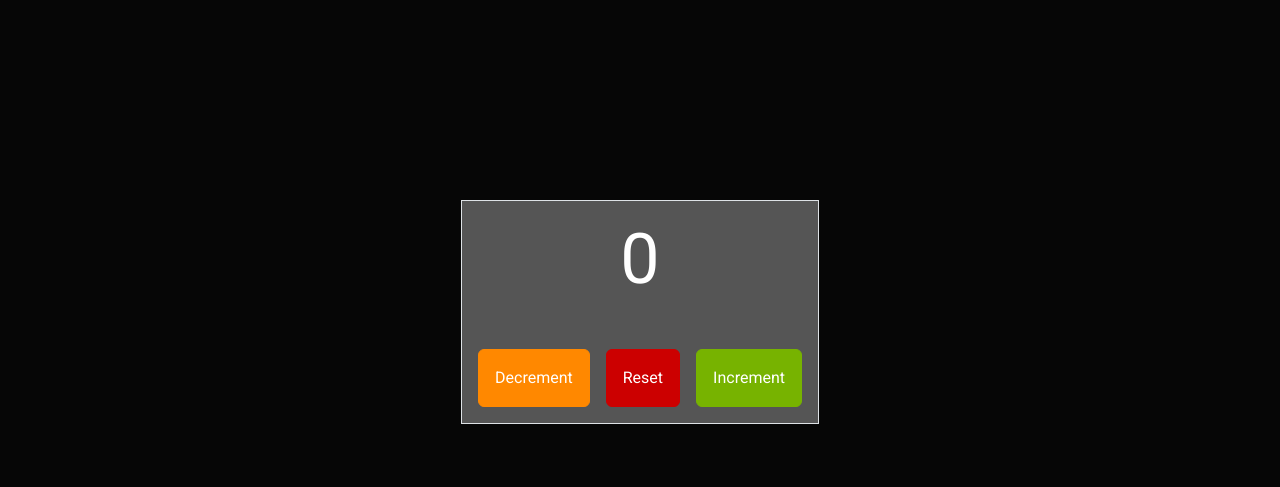
Repository: Afraz13/Emoboo
Page: /
These files come from the project's save history. The page is drawn as it stood at one moment and after the next save; the edit follows.
The browser window is 1280 px wide. The pictures show the whole page.
The project was rebuilt for these pictures with package versions that can differ from the ones it lists, and the page was loaded fresh each time.

Above is the page before, as saved 2024-08-15 13:07:05.

After the next save:
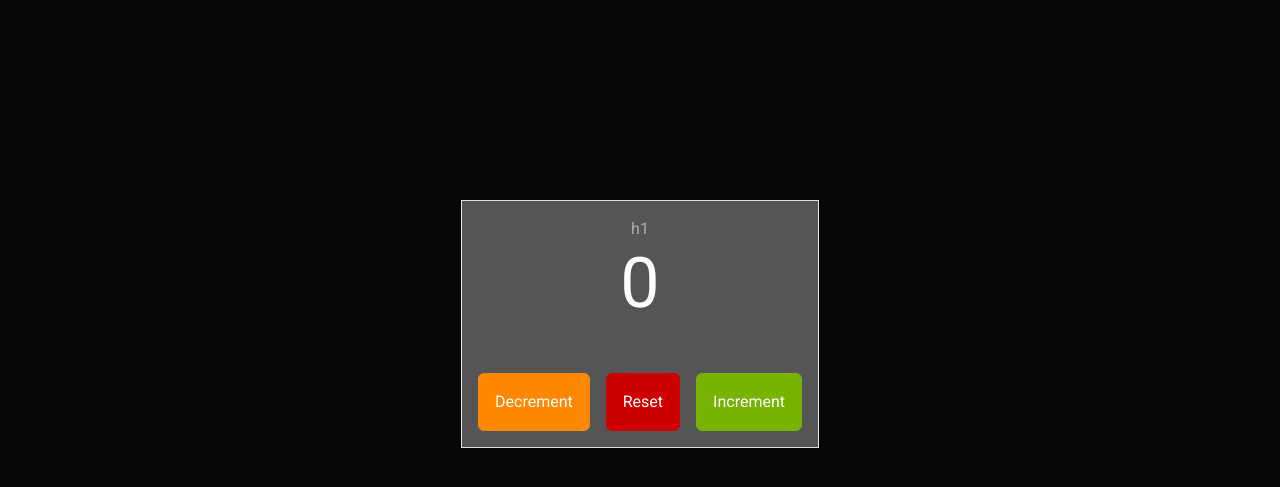
Saved 2 h 58 min later.
--- a/src/compontent/Counter.jsx
+++ b/src/compontent/Counter.jsx
@@ -10,6 +10,7 @@ function Counter() {
   return (
     <div style={{marginTop:'200px'}} className='d-flex justify-content-center align-items-center w-100  flex-column   '>
         <div className='border p-3 bg-secondary '>
+            h1
         <h1 style={{fontSize:'70px'}}>{count}</h1>
         <div className='mt-5'>
             <button onClick={()=>dispatch(decrement())} className='btn btn-warning p-3'>Decrement</button>
